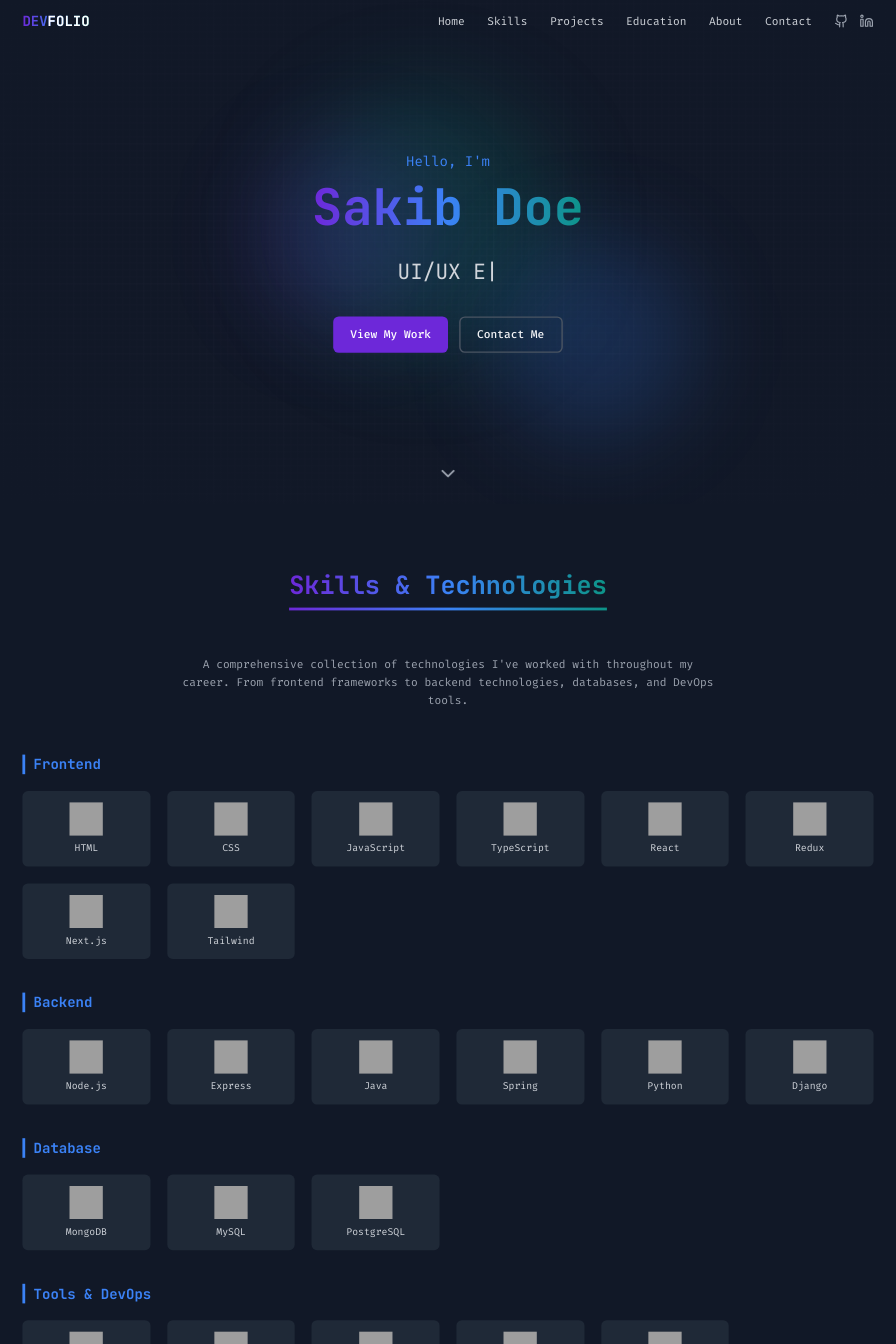
Repository: Saquib45/portfolio
Page: /
The author's editor kept a copy of each file at every save. The page is drawn from the files as they stood at one save, then again after the next save.
The browser window is 1280 px wide. The pictures show the part of the page from y = 0 to 1920 px (the page is 7480 px tall), at 70% of full size.
Pictures or frames that could not be fetched are drawn as grey boxes. The project was rebuilt for these pictures with package versions that can differ from the ones it lists, and the page was loaded fresh each time. Also part of the build but not shown: vite.config.ts.

Above is the page before, as saved 2025-04-23 20:10:40.

### index.html
<!doctype html>
<html lang="en">
  <head>
    <meta charset="UTF-8" />
    <link rel="icon" type="image/svg+xml" href="/vite.svg" />
    <meta name="viewport" content="width=device-width, initial-scale=1.0" />
    <title>Developer Portfolio | Fullstack Software Engineer</title>
    <link rel="preconnect" href="https://fonts.googleapis.com">
    <link rel="preconnect" href="https://fonts.gstatic.com" crossorigin>
    <link href="https://fonts.googleapis.com/css2?family=JetBrains+Mono:wght@400;500;700&family=Fira+Code:wght@300;400;500;700&display=swap" rel="stylesheet">
  </head>
  <body>
    <div id="root"></div>
    <script type="module" src="/src/main.tsx"></script>
  </body>
</html>

### src/App.tsx
import React from 'react';
import Navbar from './components/Navbar';
import Hero from './components/Hero';
import Skills from './components/Skills';
import Projects from './components/Projects';
import Education from './components/Education';
import About from './components/About';
import Contact from './components/Contact';
import Footer from './components/Footer';
import FloatingNav from './components/FloatingNav';

function App() {
  return (
    <div className="bg-gray-900 text-gray-100 font-fira">
      <Navbar />
      <main>
        <Hero />
        <Skills />
        <Projects />
        <Education />
        <About />
        <Contact />
      </main>
      <Footer />
      <FloatingNav />
    </div>
  );
}

export default App;

### src/index.css
@tailwind base;
@tailwind components;
@tailwind utilities;

@layer base {
  html {
    scroll-behavior: smooth;
  }

  body {
    @apply bg-gray-900 text-gray-100;
    overflow-x: hidden;
  }

  h1, h2, h3, h4, h5, h6 {
    @apply font-jetbrains font-bold;
  }

  h1 {
    @apply text-4xl md:text-5xl lg:text-6xl;
  }

  h2 {
    @apply text-3xl md:text-4xl;
  }

  h3 {
    @apply text-2xl md:text-3xl;
  }

  p {
    @apply leading-relaxed;
  }
}

@layer components {
  .container-custom {
    @apply container mx-auto px-4 sm:px-6 lg:px-8 max-w-7xl;
  }

  .gradient-text {
    @apply bg-clip-text text-transparent bg-gradient-to-r from-primary via-accent to-secondary;
  }

  .section-padding {
    @apply py-16 md:py-24;
  }

  .section-title {
    @apply text-3xl md:text-4xl font-bold mb-12 text-center relative pb-4 inline-block;
  }

  .section-title::after {
    content: '';
    @apply absolute bottom-0 left-0 w-full h-1 bg-gradient-to-r from-primary via-accent to-secondary;
  }

  .card {
    @apply bg-gray-800 rounded-lg p-6 transition-all;
  }

  .btn {
    @apply inline-flex items-center justify-center px-6 py-3 rounded-lg font-medium transition-all duration-300 focus:outline-none focus:ring-2 focus:ring-offset-2 focus:ring-offset-gray-900;
  }

  .btn-primary {
    @apply bg-primary hover:bg-primary-600 text-white focus:ring-primary;
  }

  .btn-secondary {
    @apply bg-secondary hover:bg-secondary-600 text-white focus:ring-secondary;
  }

  .btn-accent {
    @apply bg-accent hover:bg-accent-600 text-white focus:ring-accent;
  }

  .btn-outline {
    @apply border-2 border-gray-600 hover:border-primary hover:text-primary focus:ring-primary;
  }

  .input {
    @apply block w-full px-4 py-3 bg-gray-800 border border-gray-700 rounded-lg focus:outline-none focus:ring-2 focus:ring-primary focus:border-transparent transition-colors;
  }
}

/* Scroll animations */
.fade-in-section {
  opacity: 0;
  transform: translateY(20px);
  transition: opacity 0.6s ease-out, transform 0.6s ease-out;
}

.fade-in-section.is-visible {
  opacity: 1;
  transform: translateY(0);
}

/* Project card hover effect */
.project-card {
  transition: transform 0.3s ease, box-shadow 0.3s ease;
}

.project-card:hover {
  transform: translateY(-5px);
  box-shadow: 0 10px 20px rgba(0, 0, 0, 0.2);
}

/* Cursor animation */
.cursor {
  display: inline-block;
  width: 2px;
  height: 1em;
  background-color: currentColor;
  margin-left: 2px;
  animation: blink 1s infinite;
}

@keyframes blink {
  0%, 100% { opacity: 1; }
  50% { opacity: 0; }
}

/* Skill card hover effect */
.skill-card {
  transition: all 0.3s ease;
}

.skill-card:hover {
  transform: translateY(-5px);
  box-shadow: 0 0 15px rgba(109, 40, 217, 0.5);
}

### src/components/Hero.tsx
import React from 'react';
import { motion } from 'framer-motion';
import { TypeAnimation } from 'react-type-animation';
import { ChevronDown } from 'lucide-react';
import { Link } from 'react-scroll';

const Hero: React.FC = () => {
  return (
    <section
      id="hero"
      className="relative min-h-screen flex items-center justify-center bg-hero-pattern bg-gray-900 overflow-hidden"
    >
      <div className="absolute inset-0 bg-gradient-radial from-transparent to-gray-900 z-0"></div>

      {/* Animated Background Elements */}
      <div className="absolute inset-0 z-0">
        <motion.div
          className="absolute top-1/4 left-1/4 w-64 h-64 bg-primary/20 rounded-full blur-3xl"
          animate={{
            x: [0, 50, 0],
            y: [0, 30, 0],
          }}
          transition={{
            duration: 15,
            repeat: Infinity,
            ease: "easeInOut"
          }}
        />
        <motion.div
          className="absolute bottom-1/3 right-1/3 w-96 h-96 bg-secondary/20 rounded-full blur-3xl"
          animate={{
            x: [0, -70, 0],
            y: [0, 40, 0],
          }}
          transition={{
            duration: 18,
            repeat: Infinity,
            ease: "easeInOut",
            delay: 1
          }}
        />
        <motion.div
          className="absolute top-1/2 right-1/4 w-72 h-72 bg-accent/20 rounded-full blur-3xl"
          animate={{
            x: [0, 60, 0],
            y: [0, -40, 0],
          }}
          transition={{
            duration: 20,
            repeat: Infinity,
            ease: "easeInOut",
            delay: 2
          }}
        />
      </div>

      <div className="container-custom relative z-10">
        <motion.div
          className="text-center"
          initial={{ opacity: 0, y: 20 }}
          animate={{ opacity: 1, y: 0 }}
          transition={{ duration: 0.8 }}
        >
          <motion.p
            className="text-lg md:text-xl text-accent mb-4"
            initial={{ opacity: 0 }}
            animate={{ opacity: 1 }}
            transition={{ delay: 0.2, duration: 0.8 }}
          >
            Hello, I'm
          </motion.p>

          <motion.h1
            className="text-4xl md:text-6xl lg:text-7xl font-bold mb-6"
            initial={{ opacity: 0 }}
            animate={{ opacity: 1 }}
            transition={{ delay: 0.4, duration: 0.8 }}
          >
            <span className="gradient-text">Sakib Doe</span>
          </motion.h1>

          <motion.div
            className="text-xl md:text-3xl text-gray-300 mb-8 h-16 flex justify-center items-center"
            initial={{ opacity: 0 }}
            animate={{ opacity: 1 }}
            transition={{ delay: 0.6, duration: 0.8 }}
          >
            <TypeAnimation
              sequence={[
                'Fullstack Developer',
                2000,
                'UI/UX Enthusiast',
                2000,
                'Problem Solver',
                2000,
                'Code Craftsman',
                2000,
              ]}
              speed={50}
              repeat={Infinity}
              className="font-jetbrains"
            />
          </motion.div>

          <motion.div
            className="flex flex-col sm:flex-row justify-center gap-4"
            initial={{ opacity: 0 }}
            animate={{ opacity: 1 }}
            transition={{ delay: 0.8, duration: 0.8 }}
          >
            <Link
              to="projects"
              smooth={true}
              duration={800}
              offset={-70}
              className="btn btn-primary"
            >
              View My Work
            </Link>
            <Link
              to="contact"
              smooth={true}
              duration={800}
              offset={-70}
              className="btn btn-outline"
            >
              Contact Me
            </Link>
          </motion.div>
        </motion.div>
      </div>

      <div className="absolute bottom-8 left-1/2 transform -translate-x-1/2 z-10">
        <motion.div
          animate={{ y: [0, 10, 0] }}
          transition={{
            duration: 1.5,
            repeat: Infinity,
            ease: "easeInOut"
          }}
        >
          <Link
            to="skills"
            smooth={true}
            duration={800}
            className="cursor-pointer"
          >
            <ChevronDown className="w-8 h-8 text-gray-400 hover:text-white transition-colors" />
          </Link>
        </motion.div>
      </div>
    </section>
  );
};

export default Hero;

### src/components/Education.tsx
import React from 'react';
import { motion } from 'framer-motion';
import { useInView } from 'react-intersection-observer';

interface EducationItem {
  degree: string;
  institution: string;
  period: string;
  description: string;
}

const Education: React.FC = () => {
  const [ref, inView] = useInView({
    triggerOnce: true,
    threshold: 0.1,
  });

  const containerVariants = {
    hidden: { opacity: 0 },
    visible: {
      opacity: 1,
      transition: {
        staggerChildren: 0.3,
      },
    },
  };

  const itemVariants = {
    hidden: { x: -50, opacity: 0 },
    visible: {
      x: 0,
      opacity: 1,
      transition: { duration: 0.6, ease: "easeOut" },
    },
  };

  const education: EducationItem[] = [
    {
      degree: "Master of Science in Computer Science",
      institution: "Stanford University",
      period: "2019 - 2021",
      description: "Specialized in Artificial Intelligence and Machine Learning. Completed thesis on 'Neural Network Optimization Techniques for Real-time Applications'."
    },
    {
      degree: "Bachelor of Engineering in Computer Science",
      institution: "Massachusetts Institute of Technology",
      period: "2015 - 2019",
      description: "Graduated with honors. Participated in various hackathons and coding competitions. Active member of the university's programming club."
    },
    {
      degree: "Full Stack Web Development Bootcamp",
      institution: "Coding Academy",
      period: "Summer 2018",
      description: "Intensive 12-week bootcamp covering modern web development technologies including React, Node.js, and database design."
    },
  ];

  return (
    <section id="education" className="section-padding bg-gray-900 relative overflow-hidden">
      <div className="container-custom">
        <div className="text-center mb-16">
          <h2 className="section-title inline-block">
            <span className="gradient-text">Education</span>
          </h2>
          <p className="mt-4 text-gray-400 max-w-3xl mx-auto">
            My academic journey and qualifications that have shaped my understanding of computer science and software development.
          </p>
        </div>

        {/* Decorative code background */}
        <div className="absolute inset-0 opacity-5 text-xs font-mono overflow-hidden pointer-events-none">
          {Array.from({ length: 50 }).map((_, i) => (
            <div key={i} className="whitespace-nowrap">
              {`function algorithm${i}() { const data = processInput(); return optimize(transform(data)); }`}
            </div>
          ))}
        </div>

        <motion.div
          ref={ref}
          variants={containerVariants}
          initial="hidden"
          animate={inView ? "visible" : "hidden"}
          className="relative z-10 max-w-3xl mx-auto"
        >
          <div className="absolute left-6 top-6 bottom-6 w-1 bg-gradient-to-b from-primary via-accent to-secondary"></div>

          {education.map((item, index) => (
            <motion.div
              key={index}
              variants={itemVariants}
              className="mb-12 ml-12 relative"
            >
              <div className="absolute -left-16 top-0 w-8 h-8 bg-gray-800 border-4 border-primary rounded-full"></div>
              <div className="bg-gray-800 rounded-lg p-6 hover:shadow-lg transition-shadow">
                <span className="inline-block px-3 py-1 text-xs font-semibold text-white bg-primary rounded-full mb-3">
                  {item.period}
                </span>
                <h3 className="text-xl font-bold mb-2">{item.degree}</h3>
                <h4 className="text-lg text-accent mb-3">{item.institution}</h4>
                <p className="text-gray-400">{item.description}</p>
              </div>
            </motion.div>
          ))}
        </motion.div>

        <div className="mt-12 text-center relative z-10">
          <a
            href="#"
            className="inline-flex items-center text-accent hover:text-primary transition-colors"
          >
            <span>View Certifications</span>
            <svg
              xmlns="http://www.w3.org/2000/svg"
              className="h-4 w-4 ml-2"
              fill="none"
              viewBox="0 0 24 24"
              stroke="currentColor"
            >
              <path
                strokeLinecap="round"
                strokeLinejoin="round"
                strokeWidth={2}
                d="M9 5l7 7-7 7"
              />
            </svg>
          </a>
        </div>
      </div>
    </section>
  );
};

export default Education;

### src/components/Footer.tsx
import React from 'react';
import { Github, Linkedin, Twitter, ArrowUp } from 'lucide-react';
import { Link } from 'react-scroll';

const Footer: React.FC = () => {
  const currentYear = new Date().getFullYear();

  return (
    <footer className="bg-gray-950 pt-16 pb-6 relative">
      <div className="container-custom">
        <div className="grid grid-cols-1 md:grid-cols-2 lg:grid-cols-4 gap-8 mb-12">
          <div>
            <h4 className="text-xl font-bold mb-4 gradient-text">
              DEVFOLIO
            </h4>
            <p className="text-gray-400 mb-4">
              Fullstack developer specializing in building exceptional digital experiences.
            </p>
            <div className="flex space-x-4">
              <a
                href="https://github.com"
                target="_blank"
                rel="noopener noreferrer"
                className="text-gray-400 hover:text-primary transition-colors"
                aria-label="GitHub"
              >
                <Github size={20} />
              </a>
              <a
                href="https://linkedin.com"
                target="_blank"
                rel="noopener noreferrer"
                className="text-gray-400 hover:text-accent transition-colors"
                aria-label="LinkedIn"
              >
                <Linkedin size={20} />
              </a>
              <a
                href="https://twitter.com"
                target="_blank"
                rel="noopener noreferrer"
                className="text-gray-400 hover:text-secondary transition-colors"
                aria-label="Twitter"
              >
                <Twitter size={20} />
              </a>
            </div>
          </div>

          <div>
            <h4 className="text-lg font-bold mb-4">Navigation</h4>
            <ul className="space-y-2">
              {['Home', 'Skills', 'Projects', 'Education', 'About', 'Contact'].map((item) => (
                <li key={item}>
                  <Link
                    to={item.toLowerCase()}
                    smooth={true}
                    duration={500}
                    offset={-70}
                    className="text-gray-400 hover:text-primary transition-colors cursor-pointer"
                  >
                    {item}
                  </Link>
                </li>
              ))}
            </ul>
          </div>

          <div>
            <h4 className="text-lg font-bold mb-4">Services</h4>
            <ul className="space-y-2">
              {['Web Development', 'Frontend Design', 'Backend Systems', 'API Development', 'Database Design', 'UI/UX Design'].map((item) => (
                <li key={item}>
                  <span className="text-gray-400 cursor-default">{item}</span>
                </li>
              ))}
            </ul>
          </div>

          <div>
            <h4 className="text-lg font-bold mb-4">Contact</h4>
            <ul className="space-y-2 text-gray-400">
              <li>San Francisco, California</li>
              <li>contact@johndoe.dev</li>
              <li>+1 (234) 567-8900</li>
            </ul>
          </div>
        </div>

        <div className="border-t border-gray-800 pt-6 mt-6 flex flex-col sm:flex-row justify-between items-center">
          <p className="text-gray-500 text-sm mb-4 sm:mb-0">
            &copy; {currentYear} John Doe. All rights reserved.
          </p>
          <Link
            to="hero"
            smooth={true}
            duration={800}
            className="p-3 bg-gray-800 rounded-full text-gray-400 hover:text-white transition-colors cursor-pointer"
            aria-label="Back to top"
          >
            <ArrowUp size={20} />
          </Link>
        </div>
      </div>
    </footer>
  );
};

export default Footer;

### src/components/FloatingNav.tsx
import React, { useState, useEffect } from 'react';
import { Link } from 'react-scroll';
import { Home, Code, Briefcase, GraduationCap, User, Mail, Menu, X } from 'lucide-react';

const FloatingNav: React.FC = () => {
  const [isVisible, setIsVisible] = useState(false);
  const [isOpen, setIsOpen] = useState(false);

  useEffect(() => {
    const toggleVisibility = () => {
      if (window.scrollY > 300) {
        setIsVisible(true);
      } else {
        setIsVisible(false);
        setIsOpen(false);
      }
    };

    window.addEventListener('scroll', toggleVisibility);
    return () => window.removeEventListener('scroll', toggleVisibility);
  }, []);

  const toggleMenu = () => {
    setIsOpen(!isOpen);
  };

  const navItems = [
    { name: 'Home', icon: <Home size={18} />, target: 'hero' },
    { name: 'Skills', icon: <Code size={18} />, target: 'skills' },
    { name: 'Projects', icon: <Briefcase size={18} />, target: 'projects' },
    { name: 'Education', icon: <GraduationCap size={18} />, target: 'education' },
    { name: 'About', icon: <User size={18} />, target: 'about' },
    { name: 'Contact', icon: <Mail size={18} />, target: 'contact' },
  ];

  if (!isVisible) return null;

  return (
    <div className="fixed bottom-6 right-6 z-50">
      <button
        onClick={toggleMenu}
        className={`w-12 h-12 rounded-full flex items-center justify-center ${
          isOpen ? 'bg-primary text-white' : 'bg-gray-800 text-white'
        } shadow-lg hover:shadow-xl transition-all duration-300 focus:outline-none`}
        aria-label={isOpen ? 'Close navigation menu' : 'Open navigation menu'}
      >
        {isOpen ? <X size={20} /> : <Menu size={20} />}
      </button>

      {isOpen && (
        <div className="absolute right-0 bottom-16 p-2 bg-gray-800 rounded-lg shadow-xl">
          <ul className="space-y-2">
            {navItems.map((item) => (
              <li key={item.name}>
                <Link
                  to={item.target}
                  smooth={true}
                  duration={500}
                  offset={-70}
                  onClick={() => setIsOpen(false)}
                  className="flex items-center px-4 py-2 rounded-lg hover:bg-gray-700 text-gray-300 hover:text-white transition-colors cursor-pointer"
                >
                  <span className="mr-3">{item.icon}</span>
                  <span>{item.name}</span>
                </Link>
              </li>
            ))}
          </ul>
        </div>
      )}
    </div>
  );
};

export default FloatingNav;

Loaded but not shown: src/main.tsx (common file); tailwind.config.js (68 lines, source omitted); src/components/Contact.tsx (242 lines, source omitted); src/components/Skills.tsx (140 lines, source omitted); src/components/Projects.tsx (168 lines, source omitted); src/components/About.tsx (113 lines, source omitted); src/components/Navbar.tsx (154 lines, source omitted)

After the next save:
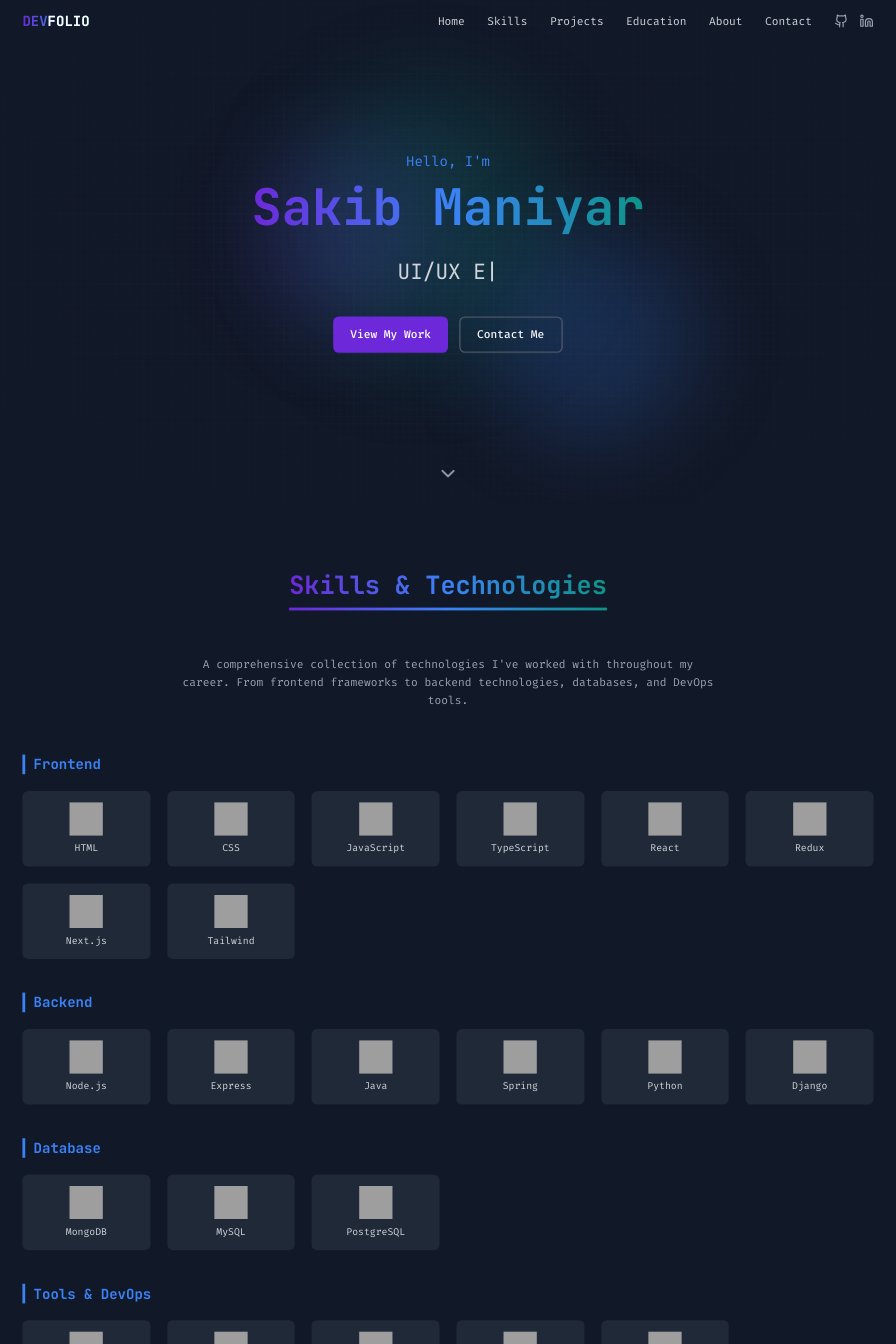
Saved 4 s later.
--- a/src/components/Hero.tsx
+++ b/src/components/Hero.tsx
@@ -76,7 +76,7 @@ const Hero: React.FC = () => {
             animate={{ opacity: 1 }}
             transition={{ delay: 0.4, duration: 0.8 }}
           >
-            <span className="gradient-text">Sakib Doe</span>
+            <span className="gradient-text">Sakib Maniyar</span>
           </motion.h1>
 
           <motion.div
